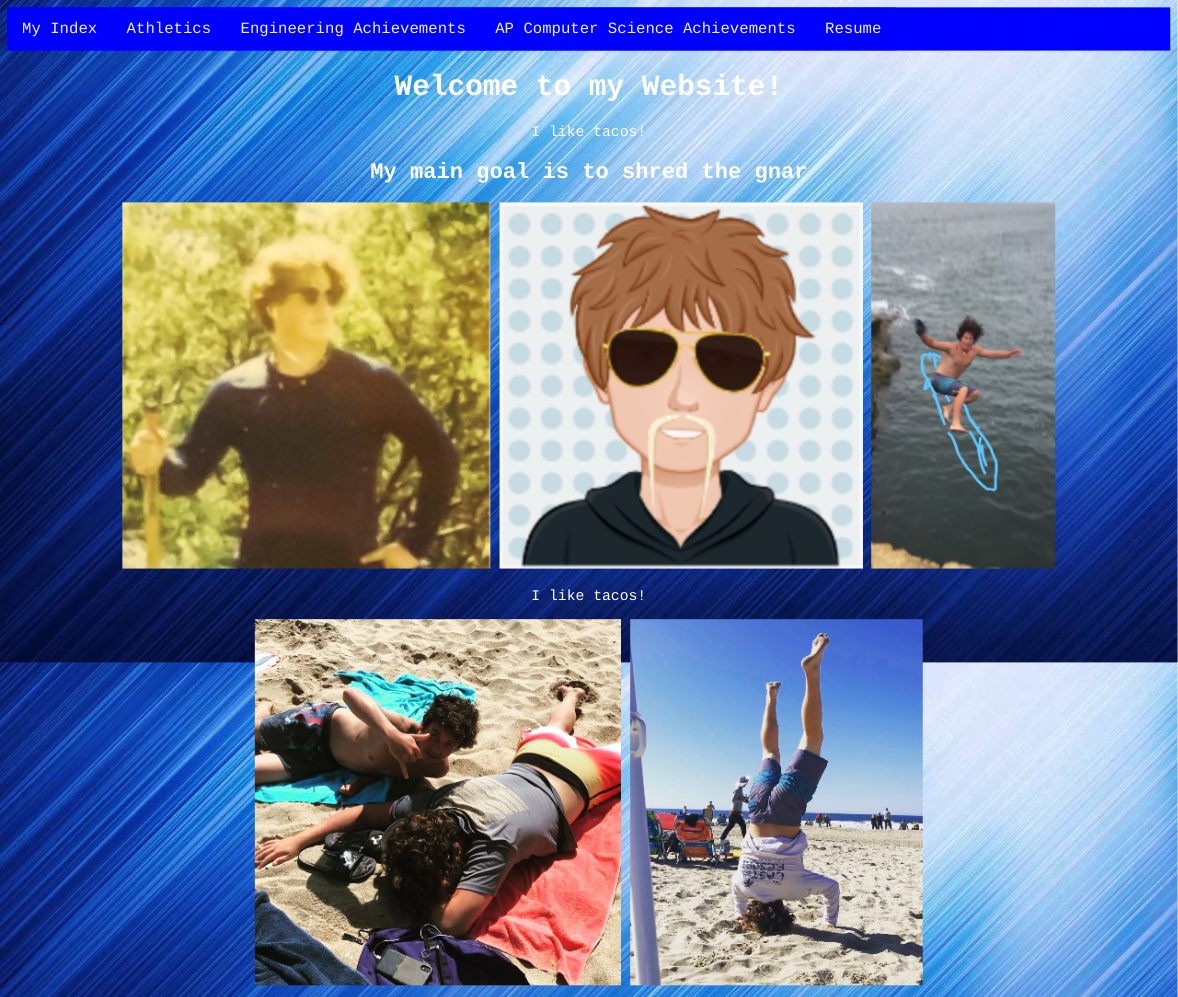
Repository: jacobsirois/jacobsirois.github.io
Page: index.html
The author's editor kept a record of every edit. The page is drawn from the files as they stood at one moment, then again after the next edit.
The browser window is 1280 px wide. The pictures show the whole page, at 92% of full size.
Backgrounds fixed to the window are drawn as part of the page.

Above is the page before.
Not found: index.css

### index.html
<!DOCTYPE html>
<html>
<head>
<title>Page Title</title>
<meta name="viewport" content="width=device-width, initial-scale=1">
<style>
body {
  font-family: courier;
}

.topnav {
  overflow: hidden;
  background-color: blue;
}

.topnav a {
  float: left;
  display: block;
  background-color: blue;
  color: #f2f2f2;
  text-align: center;
  padding: 14px 16px;
  text-decoration: none;
  font-size: 17px;
}

.topnav a:hover {
  background-color: #ddd;
  color: black;
}

.active {
  background-color: #ff66a3;
  color: white;
}

.topnav .icon {
  display: none;
}

@media screen and (max-width: 600px) {
  .topnav a:not(:first-child) {display: none;}
  .topnav a.icon {
    float: right;
    display: block;
  }
}

@media screen and (max-width: 600px) {
  .topnav.responsive {position: relative;}
  .topnav.responsive .icon {
    position: absolute;
    right: 0;
    top: 0;
  }
  .topnav.responsive a {
    float: none;
    display: block;
    text-align: left;
  }
}
</style>
<style>
body {
  background-image: url('anotha background.jpg');
  background-repeat: no-repeat;
  background-attachment: fixed;
  background-size: 100% 100%;
}
</style>
<script>
function myFunction() {
    var x = document.getElementById("myTopnav");
    if (x.className === "topnav") {
        x.className += " responsive";
    } else {
        x.className = "topnav";
    }
}
</script>

<title>
"About Me"
<meta charset="utf-8">
</title>
<link href="index.css" rel="stylesheet" type="text/css">
<meta name="viewport" content="width=device-width, initial-scale=1">
<link rel="stylesheet" href="https://cdnjs.cloudflare.com/ajax/libs/font-awesome/4.7.0/css/font-awesome.min.css">



<div class="topnav" id="myTopnav">
  <a href="index.html" class="active">My Index</a>
  <a href="athletics.html">Athletics</a>
  <a href="engineering.html">Engineering Achievements</a>
  <a href="compsci.html">AP Computer Science Achievements</a>
  <a href="resume.html">Resume</a>
  <a href="javascript:void(0);" class="icon" onclick="myFunction()">
    <i class="fa fa-bars"></i>
  </a>
</div>

<h1 style="text-align:center;color:White;">Welcome to my Website!</h1>
<p style="text-align:center;color:White;">I like tacos!</p>
<h2 style="text-align:center;color:White;">My main goal is to shred the gnar</h2>
<center>
<img src="images/me pic.PNG" alt="Italian Trulli">
<img src="images/avatar.jpg" alt="Italian Trulli">
<img src="images/Surf.jpg" alt="Italian Trulli">
</center>
<p style="text-align:center;color:White;">I like tacos!</p>
<center>
<img src="images/a.jpg" alt="Italian Trulli">
<img src="images/aa.jpg" alt="Italian Trulli">
</center>


</body>
</html>

After the next edit:
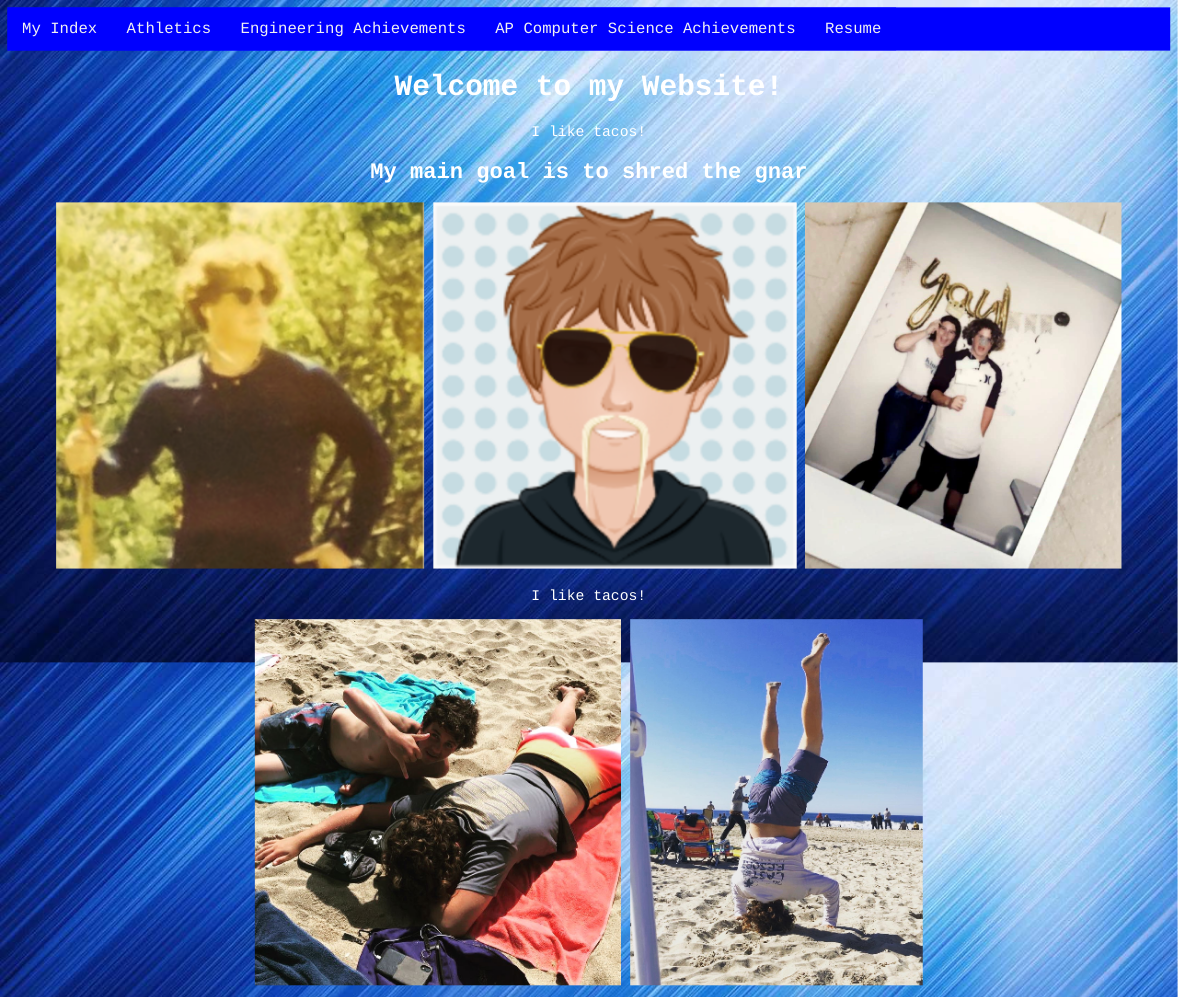
The edit:
--- a/index.html
+++ b/index.html
@@ -106,7 +106,7 @@
 <center>
 <img src="images/me pic.PNG" alt="Italian Trulli">
 <img src="images/avatar.jpg" alt="Italian Trulli">
-<img src="images/Surf.jpg" alt="Italian Trulli">
+<img src="images/aaa.jpg" alt="Italian Trulli">
 </center>
 <p style="text-align:center;color:White;">I like tacos!</p>
 <center>
